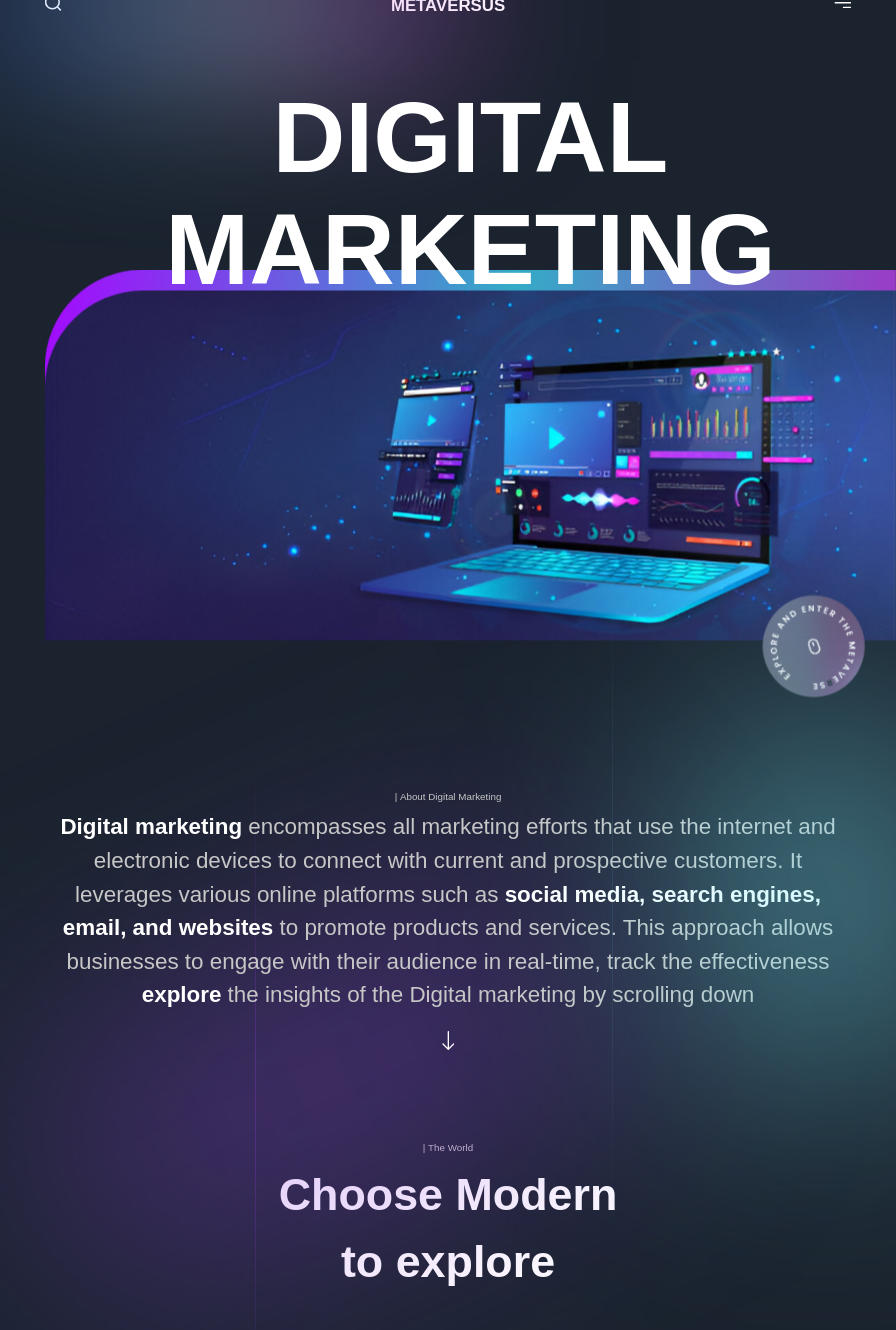
Repository: Shanuga123/metaversus
Page: /
These files come from the project's save history. The page is drawn as it stood at one moment and after the next save; the edit follows.
The browser window is 1280 px wide. The pictures show the part of the page from y = 40 to 1940 px (the page is 7302 px tall), at 70% of full size.
Pictures or frames that could not be fetched are drawn as grey boxes. Some web fonts or font styles are not loaded; a fallback is used. The project was rebuilt for these pictures with package versions that can differ from the ones it lists, and the page was loaded fresh each time. The framework's server and built-in components were replaced by stand-ins that run in the browser. Also part of the build but not shown: next.config.js.

Above is the page before, as saved 2024-08-05 21:58:52.

After the next save:
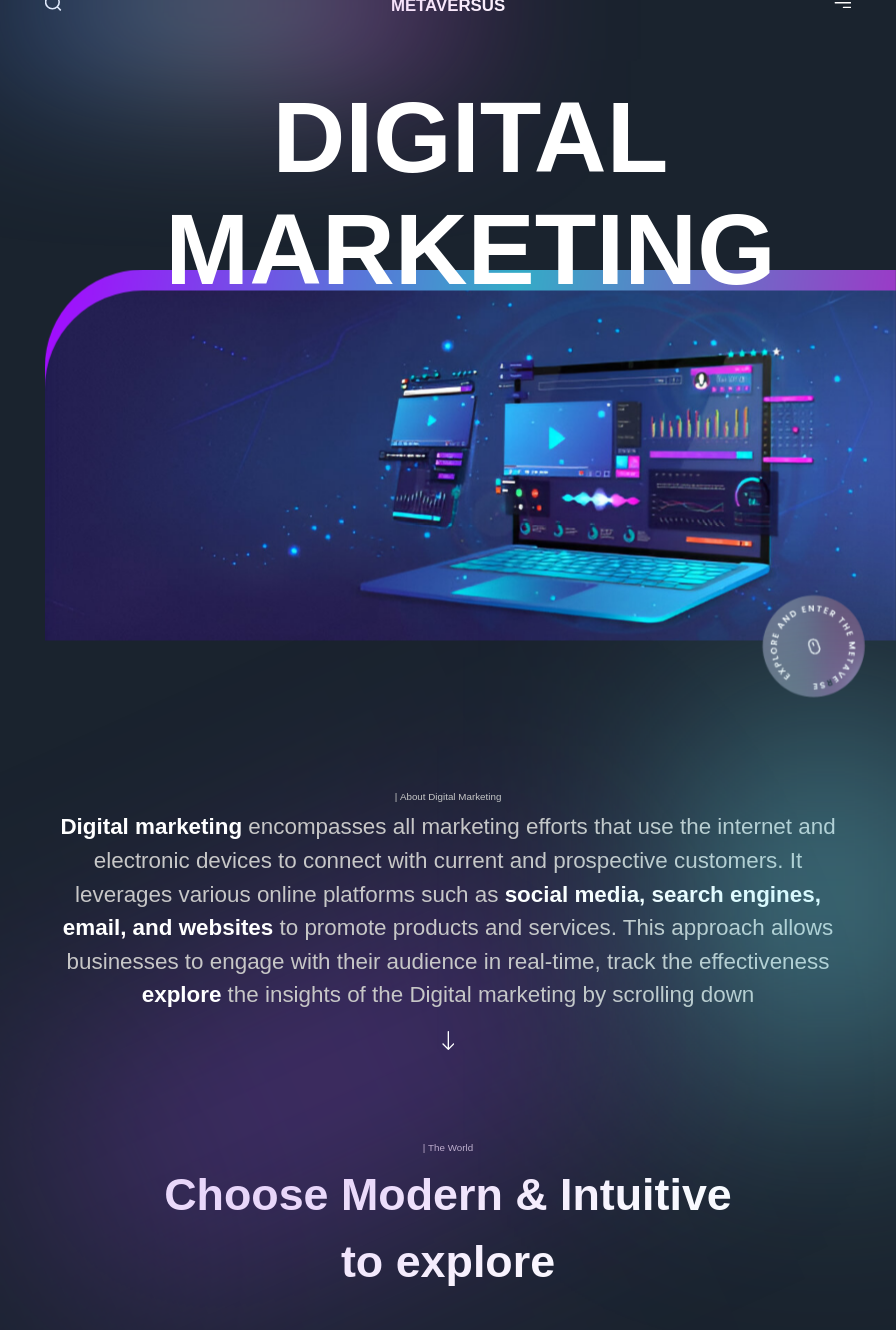
Saved 5 s later.
--- a/sections/Explore.jsx
+++ b/sections/Explore.jsx
@@ -22,7 +22,7 @@ const Explore = () => {
       >
         <TypingText title="| The World" textStyles="text-center" />
         <TitleText
-          title={<>Choose Modern  <br className="md:block hidden" /> to explore</>}
+          title={<>Choose Modern & Intuitive <br className="md:block hidden" /> to explore</>}
           textStyles="text-center"
         />
         <div className="mt-[50px] flex lg:flex-row flex-col min-h-[70vh] gap-5">
